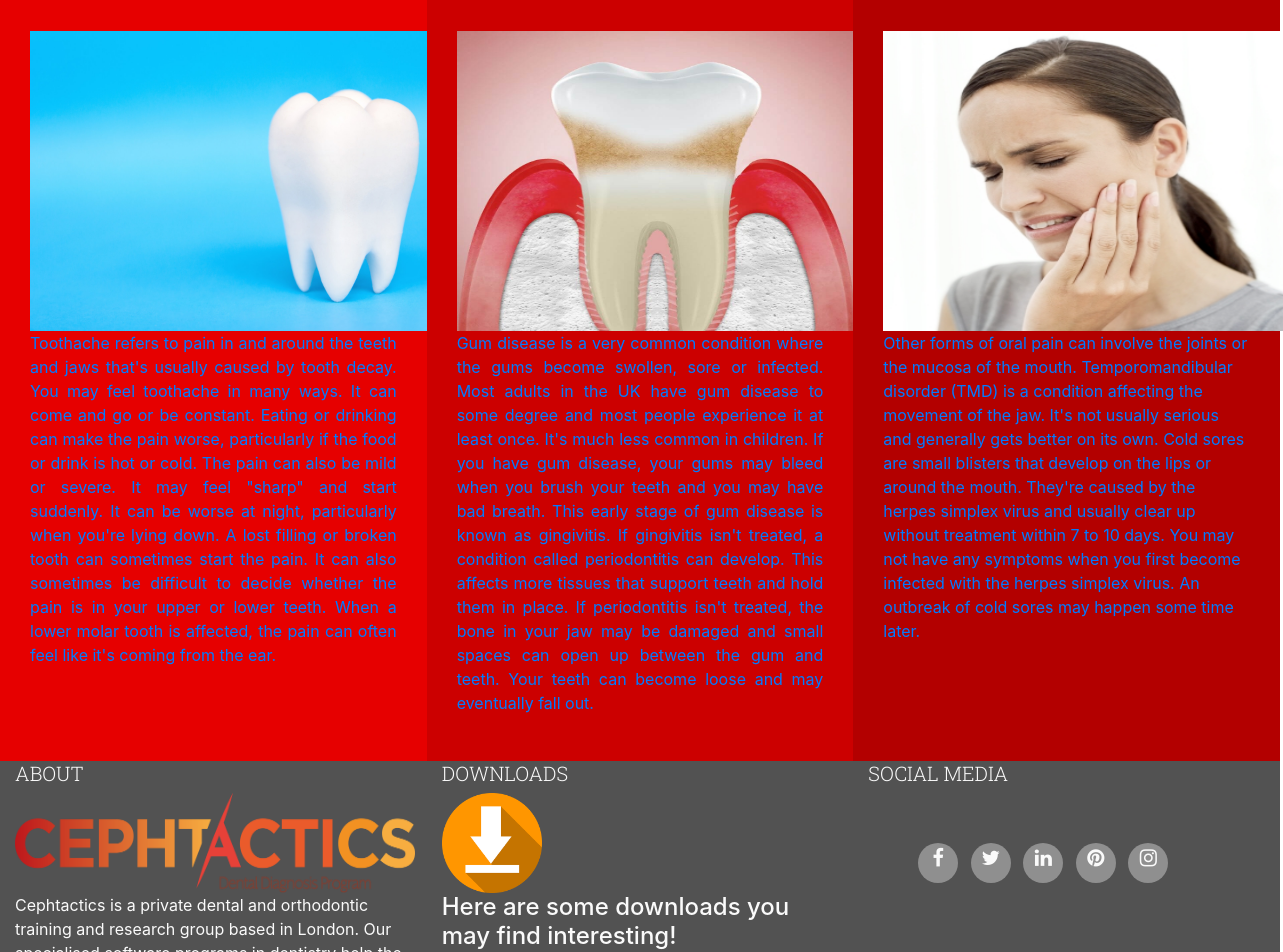
Repository: Code-Institute-Submissions/Rajjabbal-milestone-project
Page: index.html
The author's editor kept a record of every edit. The page is drawn from the files as they stood at one moment, then again after the next edit.
The browser window is 1280 px wide. The page is 1283 px wide, so the pictures cover 1283 px, including what lies to the right of the window. The pictures show the part of the page from y = 1149 to 2101 px (the page is 2426 px tall).
Some web libraries are served in a nearby version.

Above is the page before.

After the next edit:
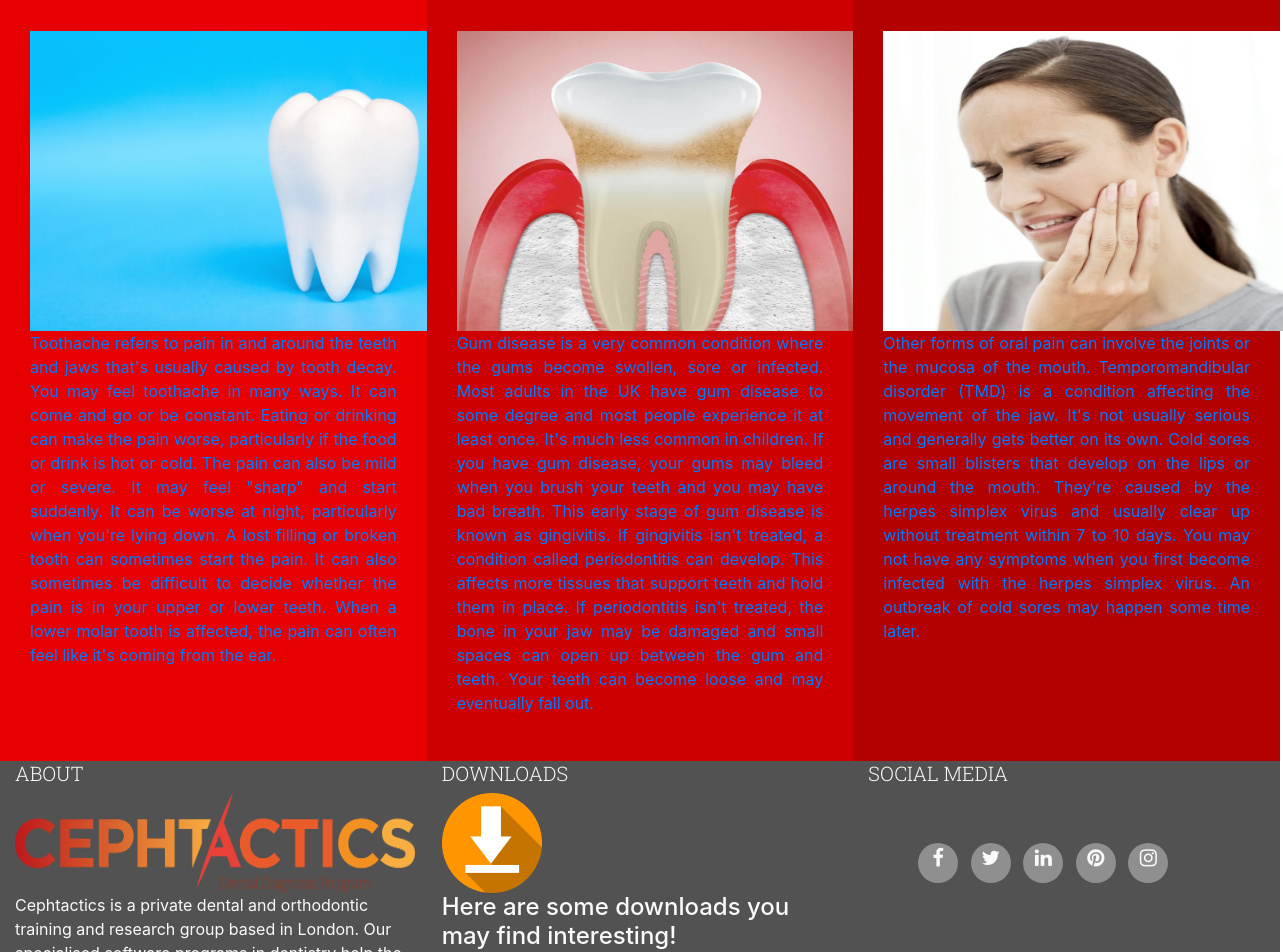
The edit:
--- a/index.html
+++ b/index.html
@@ -87,7 +87,7 @@
                 <a href="3other.html">
                     <h4 class="section-heading uppercase">OTHER</h4>
                     <img src="./assets/images/index3.jpg" alt="Italian Trulli" style="width:400px; height:300px;">
-                    <p class="inline-block">Other forms of oral pain can involve the joints or the mucosa of the mouth. Temporomandibular disorder (TMD) is a condition affecting the movement of the jaw. It's not usually serious and generally gets better on its own. Cold sores
+                    <p class="inline-block" align="justify">Other forms of oral pain can involve the joints or the mucosa of the mouth. Temporomandibular disorder (TMD) is a condition affecting the movement of the jaw. It's not usually serious and generally gets better on its own. Cold sores
                         are small blisters that develop on the lips or around the mouth. They're caused by the herpes simplex virus and usually clear up without treatment within 7 to 10 days. You may not have any symptoms when you first become infected
                         with the herpes simplex virus. An outbreak of cold sores may happen some time later.</p>
                 </a>
